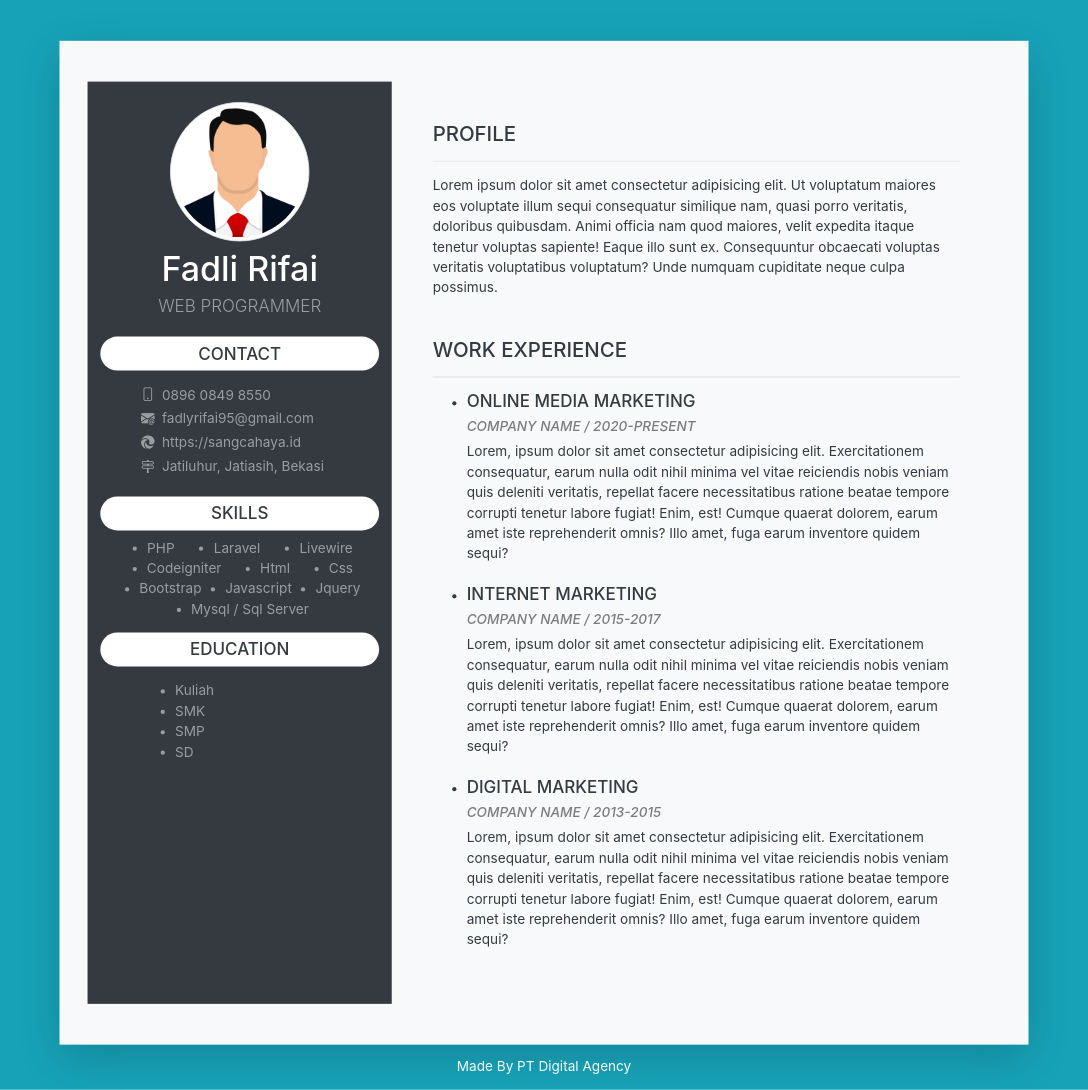
Repository: fadlyyy/fadlyyy.github.io
Page: index.html
The author's editor kept a copy of each file at every save. The page is drawn from the files as they stood at one save, then again after the next save.
The browser window is 1280 px wide. The pictures show the whole page, at 85% of full size.

Above is the page before, as saved 2024-01-31 07:42:38.

After the next save:
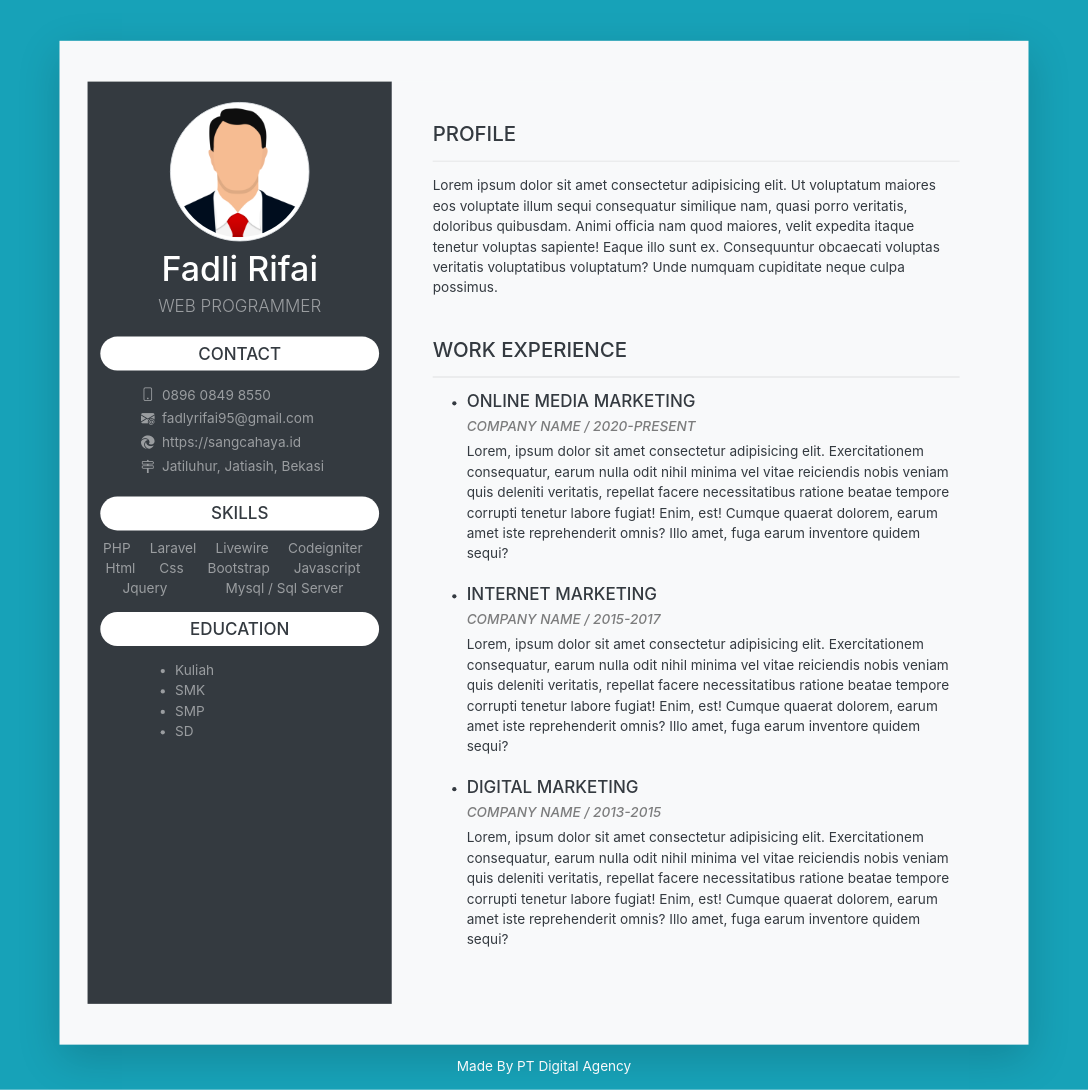
Saved 31 s later.
--- a/index.html
+++ b/index.html
@@ -59,7 +59,7 @@
                     <!-- skills -->
                     <div>
                          <h5 class="text-uppercase bg-white text-dark py-2 rounded-pill">skills</h5>
-                         <ul class="list text-white-50 text-left text-capitalize list-skills">
+                         <ul class="list list-unstyled text-white-50 text-left text-capitalize list-skills">
                               <li class="list-item">PHP</li>
                               <li class="list-item">laravel</li>
                               <li class="list-item">livewire</li>
